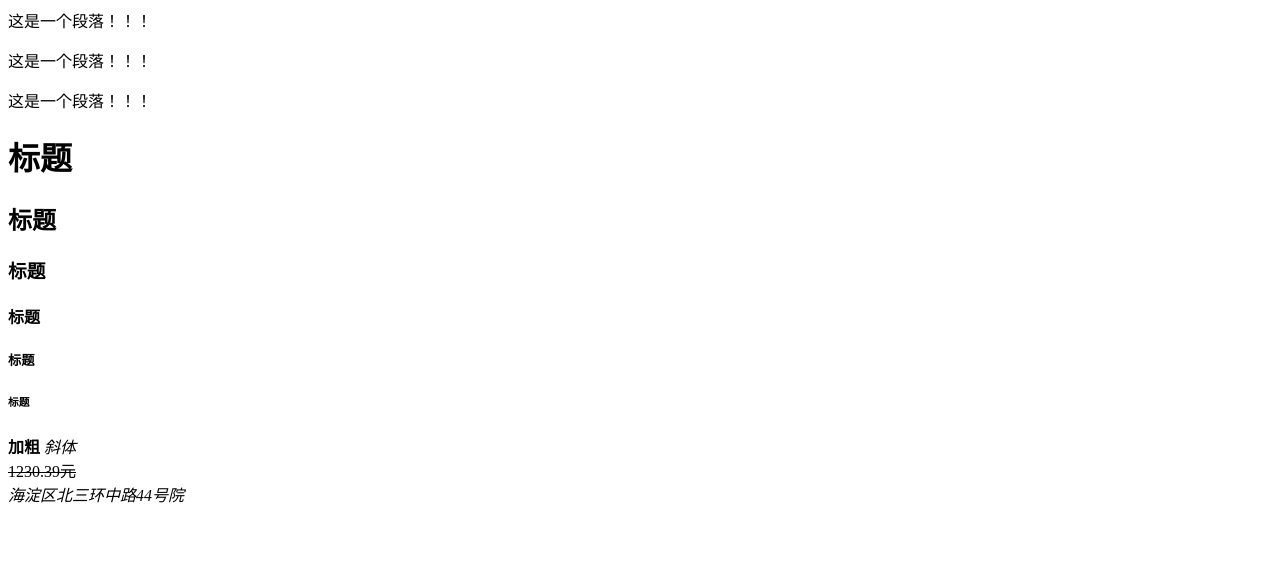
Repository: 1325718308/-
Page: js-demo/demo8.html
The author's editor kept a copy of each file at every save. The page is drawn from the files as they stood at one save, then again after the next save.
The browser window is 1280 px wide. The pictures show the whole page.

Above is the page before, as saved 2019-05-10 10:04:42.

### js-demo/demo8.html
<html lang="en"> <!--lang  告诉搜索引擎爬虫，我们的网站是关于什么内-->
    <head>
        <meta charset="utf-8">
        <title>demo8</title>
    </head>
    <body>
        <p>这是一个段落！！！</p><!--段落标签-->
        <p>这是一个段落！！！</p>
        <p>这是一个段落！！！</p>

        <h1>标题</h1> <!--标题标签-->
        <h2>标题</h2>
        <h3>标题</h3>
        <h4>标题</h4>
        <h5>标题</h5>
        <h6>标题</h6>

        <strong>加粗</strong>

        <em>斜体</em>
        <br>
        <del>1230.39元</del>

        <address>海淀区北三环中路44号院</address>
    </body>
</html>

After the next save:
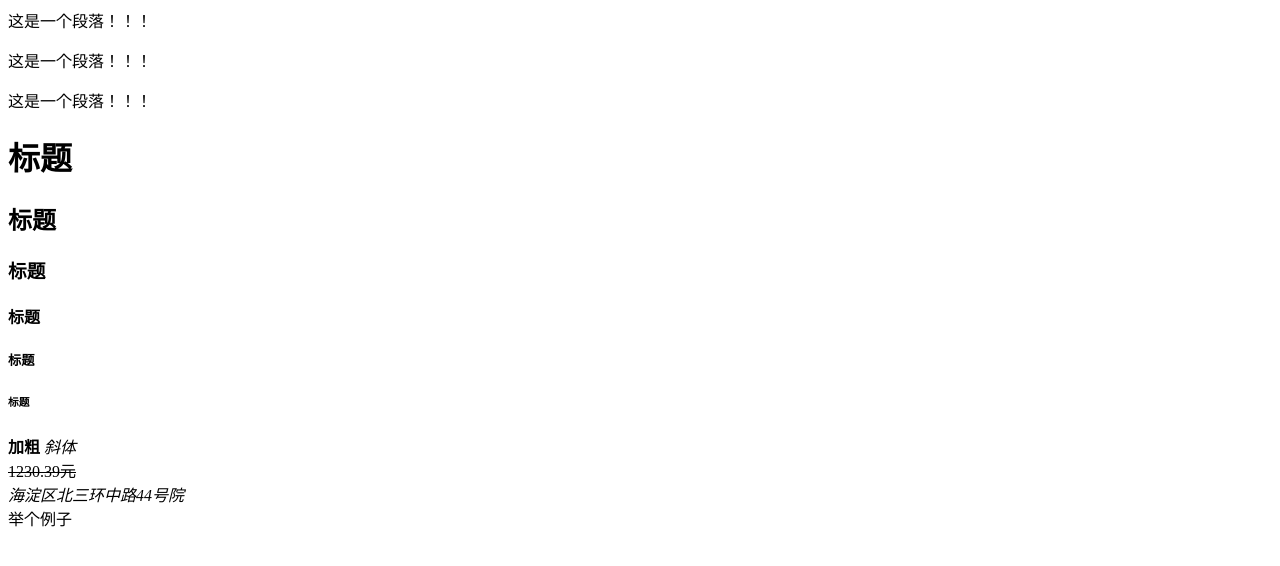
Saved 78 s later.
--- a/js-demo/demo8.html
+++ b/js-demo/demo8.html
@@ -22,5 +22,7 @@
         <del>1230.39元</del>
 
         <address>海淀区北三环中路44号院</address>
+
+        <span>举个例子</span>
     </body>
 </html>
